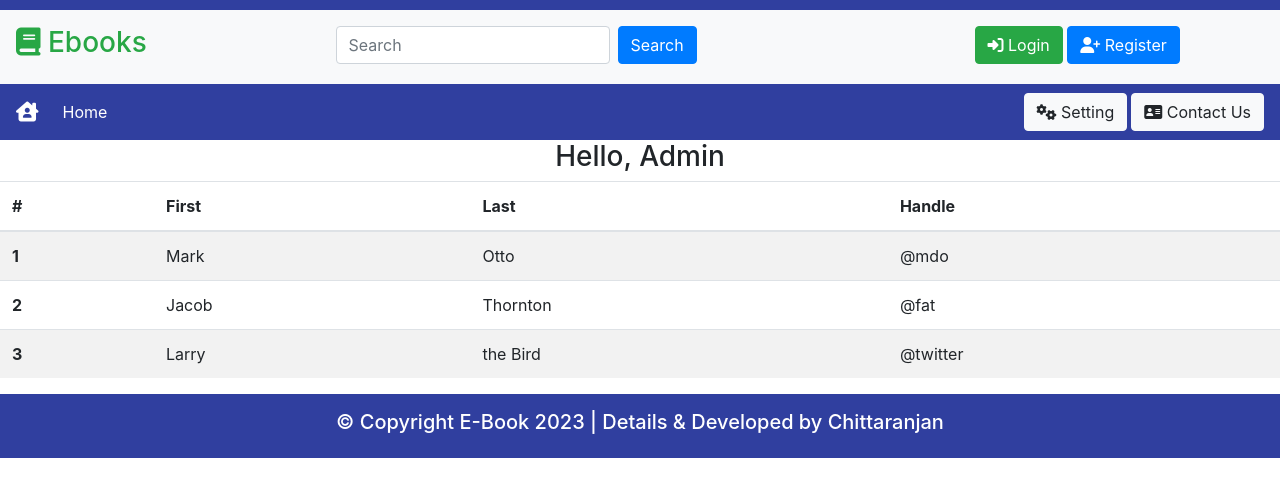
Repository: chittaranjan24/E-Books_Management_System
Page: http://localhost/Ebook-App/admin/all-books.jsp
An editor plug-in stored every save of this project. The page is shown before and after the next save, followed by the edit.
The browser window is 1280 px wide. The pictures show the whole page.
Some web libraries are served in a nearby version. The page is served by Tomcat 9. Other server files are loaded and not shown.

Above is the page before, as saved 2023-08-26 19:09:07.

### Ebook-App/src/main/webapp/admin/all-books.jsp
<%@ page language="java" contentType="text/html; charset=ISO-8859-1"
	pageEncoding="ISO-8859-1"%>
<!DOCTYPE html>
<html>
<head>
<meta charset="ISO-8859-1">
<title>Admin: All Books</title>
<%@include file="allCss.jsp"%>
</head>
<body>
	<%@include file="navbar.jsp"%>
	<h3 class="text-center">Hello, Admin</h3>

	<table class="table table-striped">
		<thead>
			<tr>
				<th scope="col">#</th>
				<th scope="col">First</th>
				<th scope="col">Last</th>
				<th scope="col">Handle</th>
			</tr>
		</thead>
		<tbody>
			<tr>
				<th scope="row">1</th>
				<td>Mark</td>
				<td>Otto</td>
				<td>@mdo</td>
			</tr>
			<tr>
				<th scope="row">2</th>
				<td>Jacob</td>
				<td>Thornton</td>
				<td>@fat</td>
			</tr>
			<tr>
				<th scope="row">3</th>
				<td>Larry</td>
				<td>the Bird</td>
				<td>@twitter</td>
			</tr>
		</tbody>
	</table>

	<%@include file="footer.jsp"%>
</body>
</html>

### Ebook-App/src/main/webapp/admin/allCss.jsp
<link rel="stylesheet"
	href="https://cdn.jsdelivr.net/npm/bootstrap@4.0.0/dist/css/bootstrap.min.css"
	integrity="sha384-Gn5384xqQ1aoWXA+058RXPxPg6fy4IWvTNh0E263XmFcJlSAwiGgFAW/dAiS6JXm"
	crossorigin="anonymous">


<script src="https://code.jquery.com/jquery-3.2.1.slim.min.js"
	integrity="sha384-KJ3o2DKtIkvYIK3UENzmM7KCkRr/rE9/Qpg6aAZGJwFDMVNA/GpGFF93hXpG5KkN"
	crossorigin="anonymous"></script>
<script
	src="https://cdn.jsdelivr.net/npm/popper.js@1.12.9/dist/umd/popper.min.js"
	integrity="sha384-ApNbgh9B+Y1QKtv3Rn7W3mgPxhU9K/ScQsAP7hUibX39j7fakFPskvXusvfa0b4Q"
	crossorigin="anonymous"></script>
<script
	src="https://cdn.jsdelivr.net/npm/bootstrap@4.0.0/dist/js/bootstrap.min.js"
	integrity="sha384-JZR6Spejh4U02d8jOt6vLEHfe/JQGiRRSQQxSfFWpi1MquVdAyjUar5+76PVCmYl"
	crossorigin="anonymous"></script>


<link rel="stylesheet"
	href="https://cdnjs.cloudflare.com/ajax/libs/font-awesome/6.4.2/css/all.min.css"
	integrity="sha512-z3gLpd7yknf1YoNbCzqRKc4qyor8gaKU1qmn+CShxbuBusANI9QpRohGBreCFkKxLhei6S9CQXFEbbKuqLg0DA=="
	crossorigin="anonymous" referrerpolicy="no-referrer" />


<link rel="stylesheet" href="style.css">

### Ebook-App/src/main/webapp/admin/navbar.jsp

<div class="container-fluid"
	style="height: 10px; background-color: #303f9f"></div>

<div class="container-fluid p-3 bg-light">
	<div class="row">
		<div class="col-md-3 text-success">
			<h3>
				<i class="fa-solid fa-book"></i> Ebooks
			</h3>
		</div>
		<div class="col-md-6">
			<form class="form-inline my-2 my-lg-0">
				<input class="form-control mr-sm-2" type="search"
					placeholder="Search" aria-label="Search">
				<button class="btn btn-primary my-2 my-sm-0" type="submit">Search</button>
			</form>
		</div>

		<div class="col-md-3">
			<a href="login.jsp" class="btn btn-success"><i
				class="fa-solid fa-right-to-bracket"></i> Login</a> <a
				href="register.jsp" class="btn btn-primary text-white"><i
				class="fa-solid fa-user-plus"></i> Register</a>
		</div>

	</div>
</div>


<nav class="navbar navbar-expand-lg navbar-dark bg-custom">
	<a class="navbar-brand" href="#"> <i
		class="fa-solid fa-house-chimney-user"></i>
	</a>
	<button class="navbar-toggler" type="button" data-toggle="collapse"
		data-target="#navbarSupportedContent"
		aria-controls="navbarSupportedContent" aria-expanded="false"
		aria-label="Toggle navigation">
		<span class="navbar-toggler-icon"></span>
	</button>

	<div class="collapse navbar-collapse" id="navbarSupportedContent">
		<ul class="navbar-nav mr-auto">
			<li class="nav-item active"><a class="nav-link" href="home.jsp">Home
					<span class="sr-only">(current)</span>
			</a></li>

		</ul>
		<form class="form-inline my-2 my-lg-0">

			<button class="btn btn-light my-2 my-sm-0" type="submit">
				<i class="fa-solid fa-gears"></i> Setting
			</button>
			<button class="btn btn-light my-2 my-sm-0 ml-1" type="submit">
				<i class="fa-solid fa-address-card"></i> Contact Us
			</button>

		</form>
	</div>
</nav>

### Ebook-App/src/main/webapp/admin/footer.jsp
<div class="container-fluid text-center text-white p-3 mt-2"
	style="background-color: #303f9f;">
	<h5>&copy; Copyright E-Book 2023 | Details &amp; Developed by Chittaranjan</h5>
</div>

### Ebook-App/src/main/webapp/admin/style.css
.bg-custom{
	background-color: #303f9f;
}

.navbar .nav-item:hover .nav-link {
	background-color: white;
	color: #303f9f;
	border-radius: 15px;
}

After the next save:
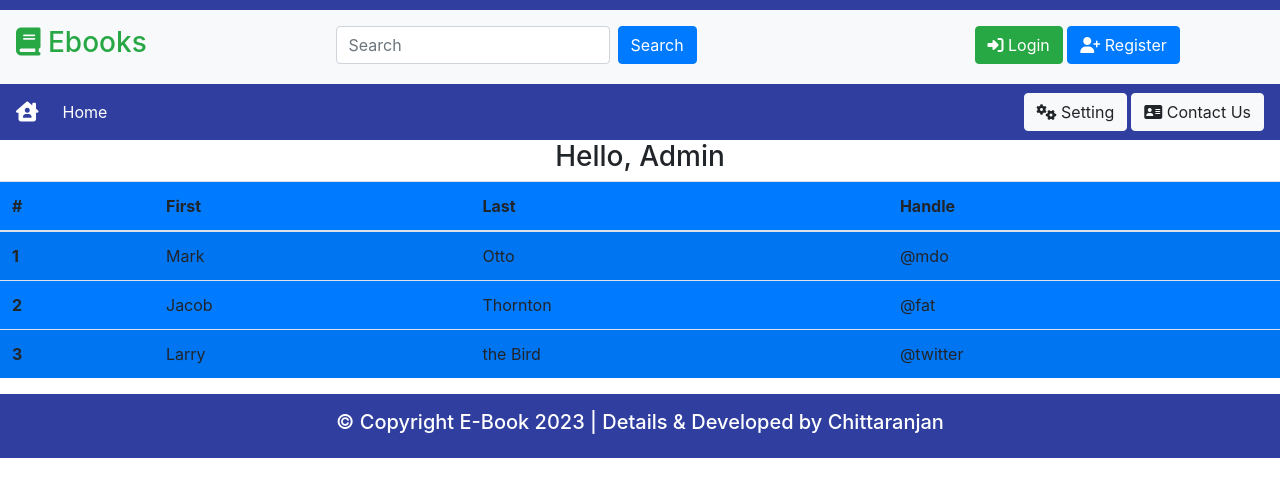
Saved 51 s later.
--- a/Ebook-App/src/main/webapp/admin/all-books.jsp
+++ b/Ebook-App/src/main/webapp/admin/all-books.jsp
@@ -11,7 +11,7 @@
 	<%@include file="navbar.jsp"%>
 	<h3 class="text-center">Hello, Admin</h3>
 
-	<table class="table table-striped">
+	<table class="table table-striped bg-primary">
 		<thead>
 			<tr>
 				<th scope="col">#</th>
